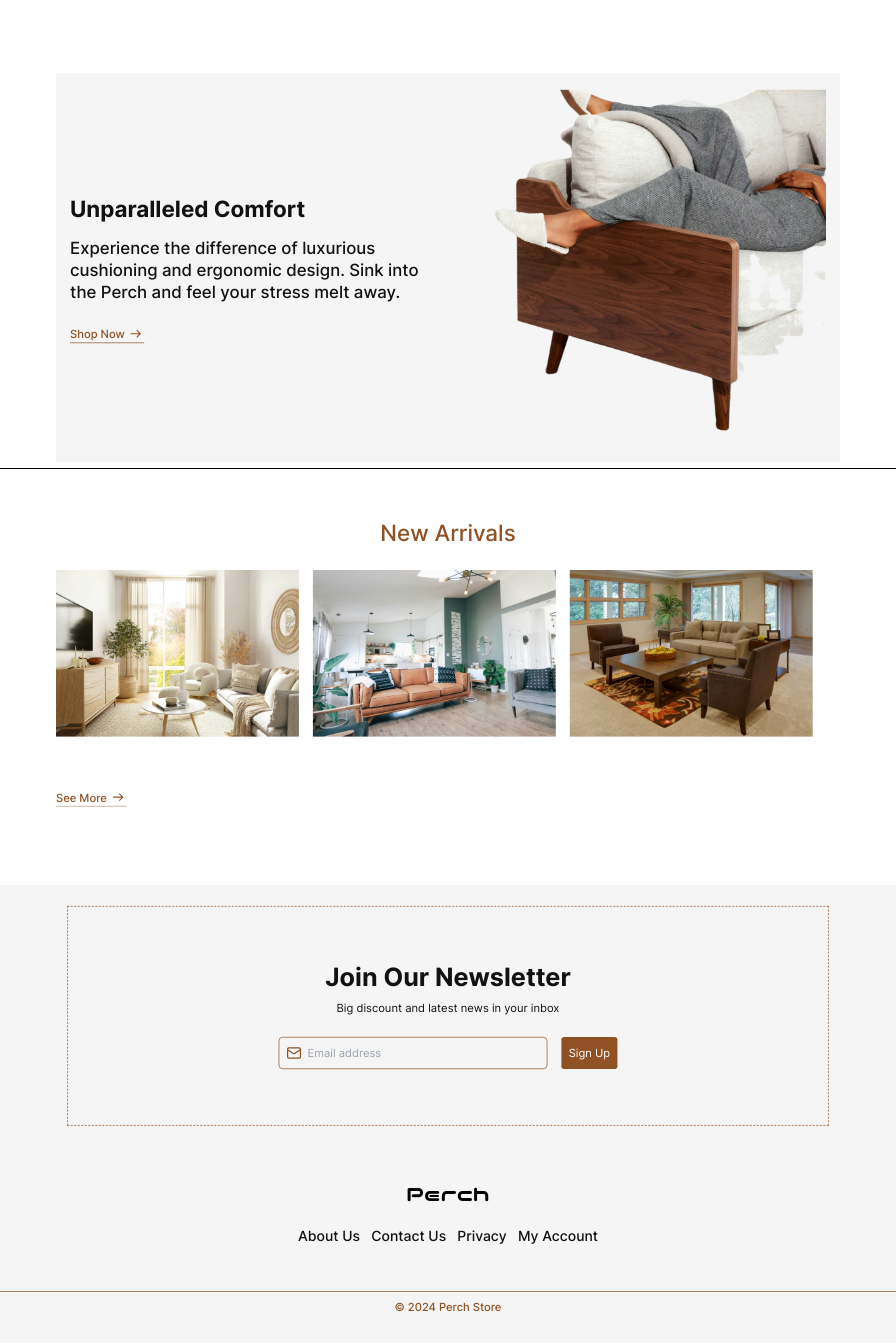
Repository: abdulmalikyusuf/HNG11-Stage02
Page: /
These files come from the project's save history. The page is drawn as it stood at one moment and after the next save; the edit follows.
The browser window is 1280 px wide. The pictures show the part of the page from y = 2235 to 4155 px (the page is 4155 px tall before and 4111 px after), at 70% of full size.
The project was rebuilt for these pictures with package versions that can differ from the ones it lists, and the page was loaded fresh each time. Also part of the build but not shown: vite.config.ts.

Above is the page before, as saved 2024-07-07 17:31:21.

After the next save:
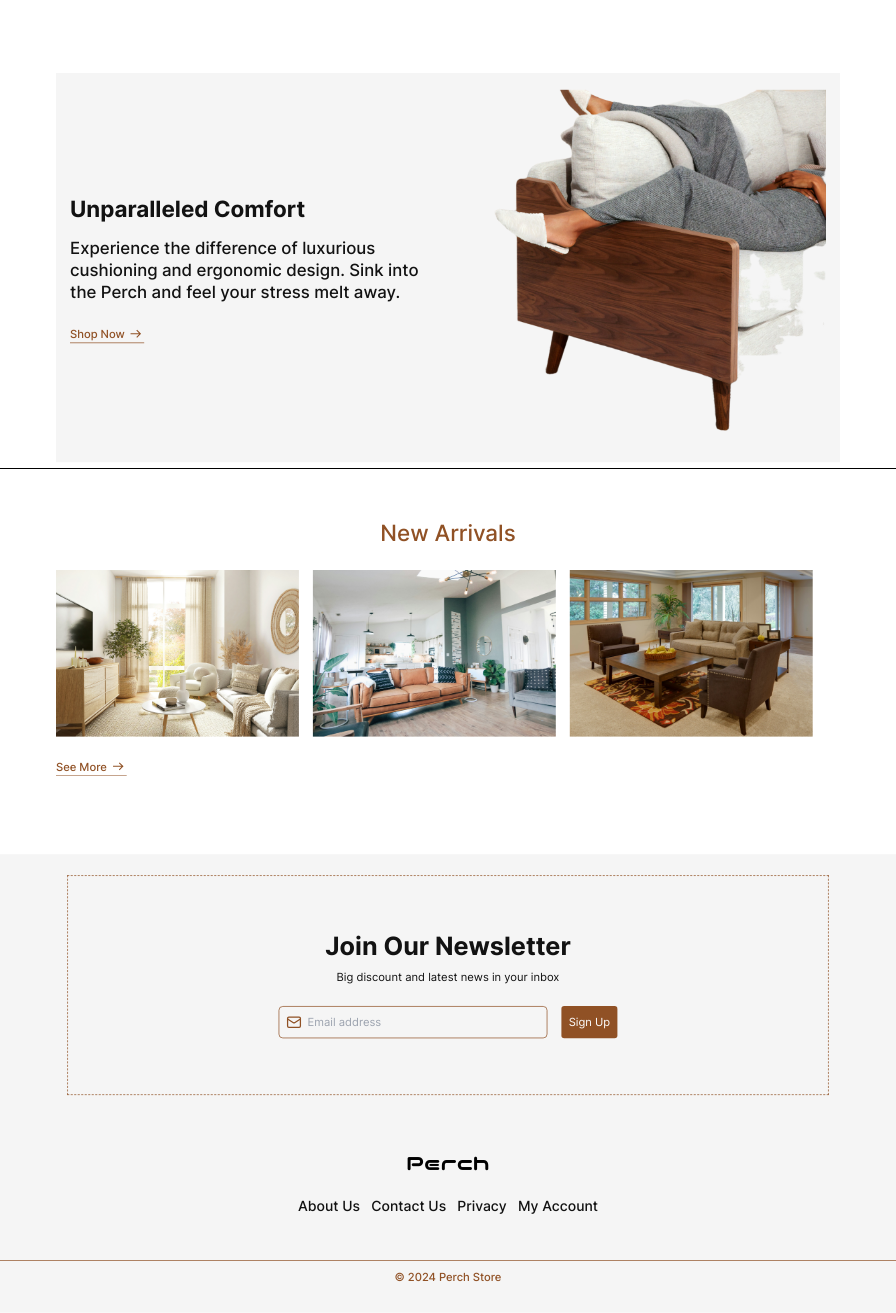
Saved 60 s later.
--- a/src/routes/index.tsx
+++ b/src/routes/index.tsx
@@ -265,10 +265,10 @@
               )
             )}
           </div>
-          <div className="mt-0 lg:mt-11">
+          <div className="mt-6 lg:mt-[30px]">
             <Link
               to=""
-              className="mt-[30px] w-fit text-xs lg:text-base font-medium text-primary border-b border-primary inline-flex items-center gap-1"
+              className="w-fit text-xs lg:text-base font-medium text-primary border-b border-primary inline-flex items-center gap-1"
             >
               See More{" "}
               <span className="">
